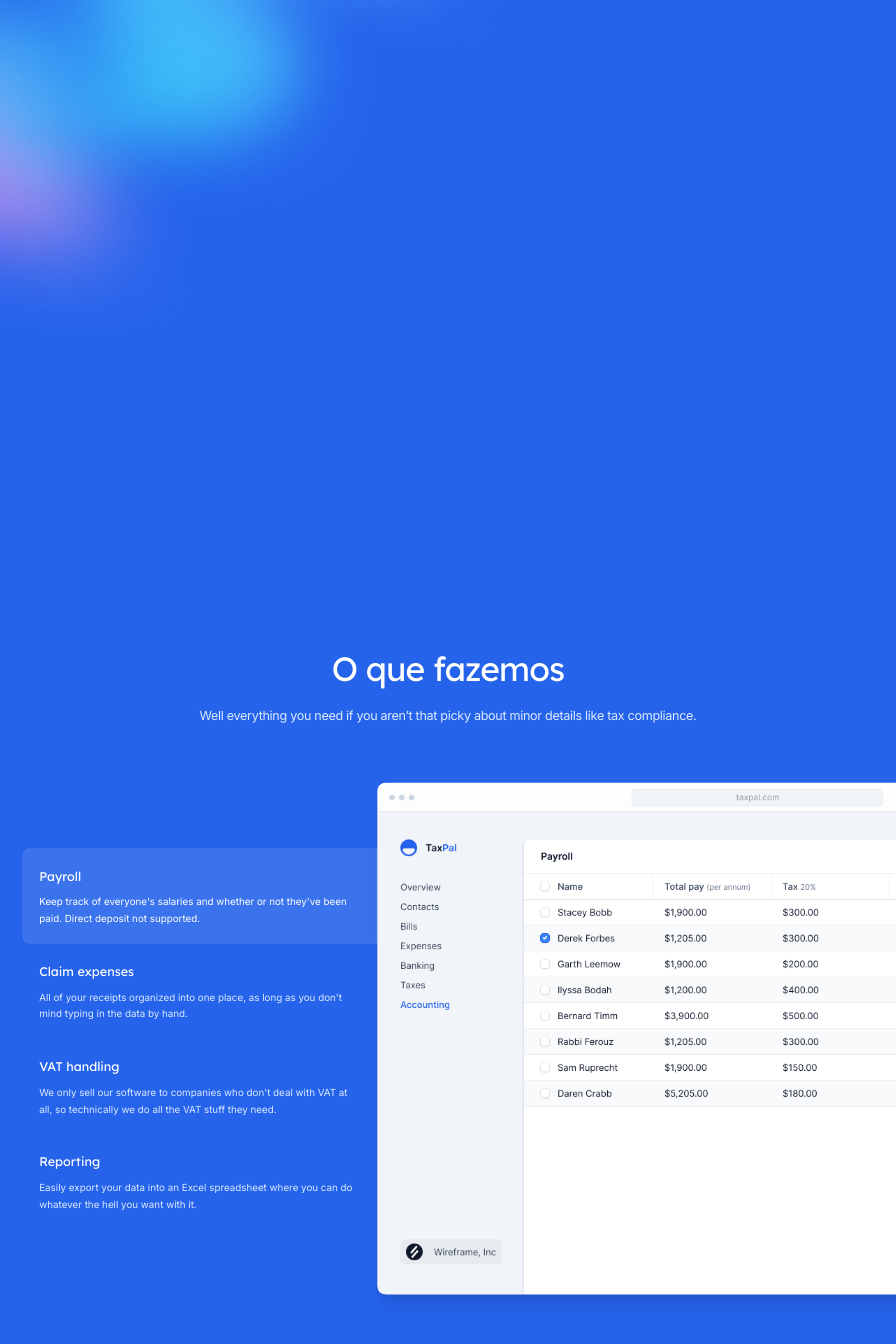
Repository: LuisSempre/imaginative
Page: /
An editor plug-in stored every save of this project. The page is shown before and after the next save, followed by the edit.
The browser window is 1280 px wide. The pictures show the part of the page from y = 1085 to 3005 px (the page is 9918 px tall), at 70% of full size.
The project was rebuilt for these pictures with package versions that can differ from the ones it lists, and the page was loaded fresh each time. The framework's server and built-in components were replaced by stand-ins that run in the browser. Also part of the build but not shown: next.config.js.

Above is the page before, as saved 2022-07-15 09:19:21.

After the next save:
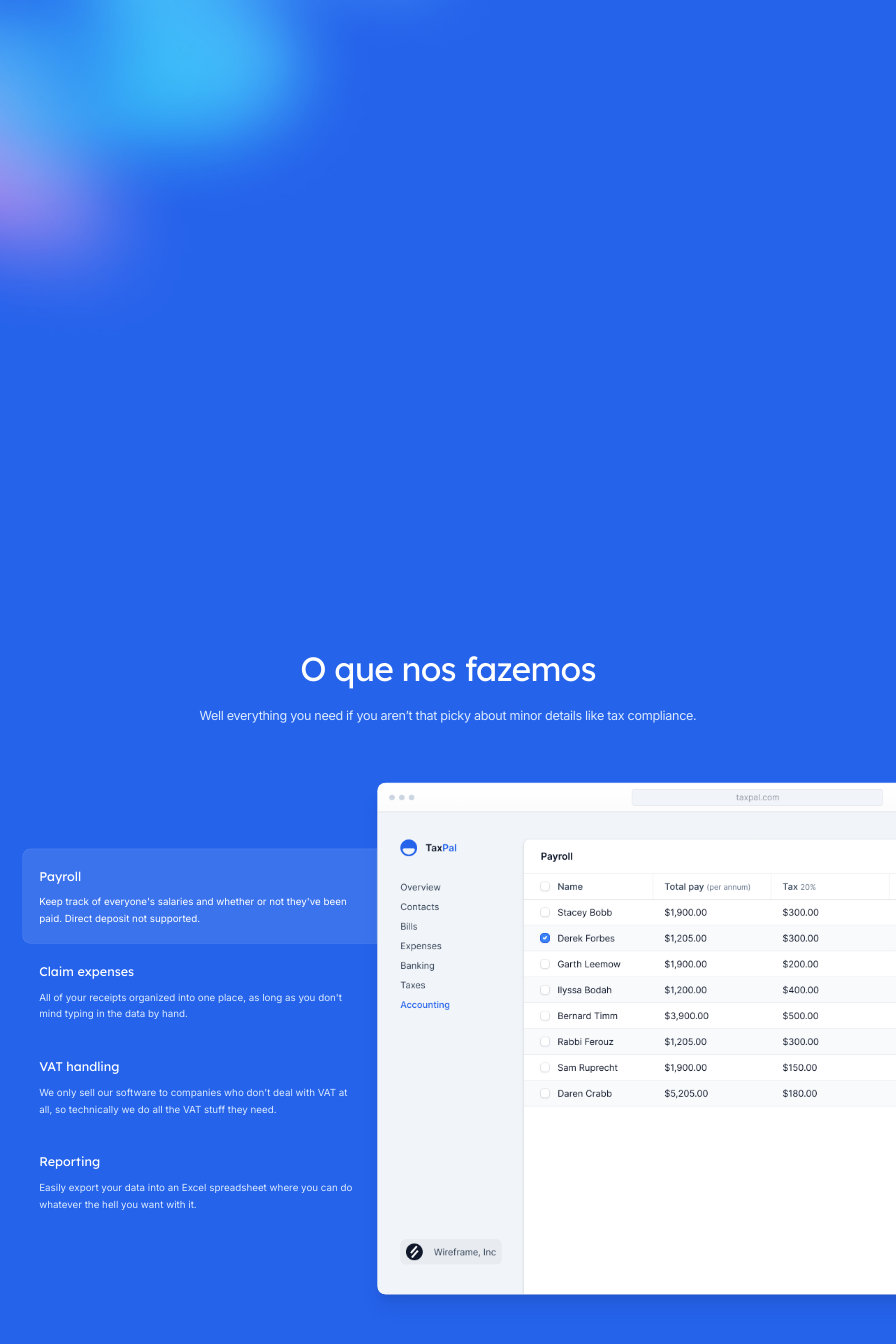
Saved 16 s later.
--- a/src/components/PrimaryFeatures.jsx
+++ b/src/components/PrimaryFeatures.jsx
@@ -72,7 +72,7 @@
       <Container className="relative">
         <div className="max-w-2xl md:mx-auto md:text-center xl:max-w-none">
           <h2 className="text-3xl tracking-tight text-white font-display sm:text-4xl md:text-5xl">
-            O que fazemos
+            O que nos fazemos
           </h2>
           <p className="mt-6 text-lg tracking-tight text-blue-100">
             Well everything you need if you aren’t that picky about minor
